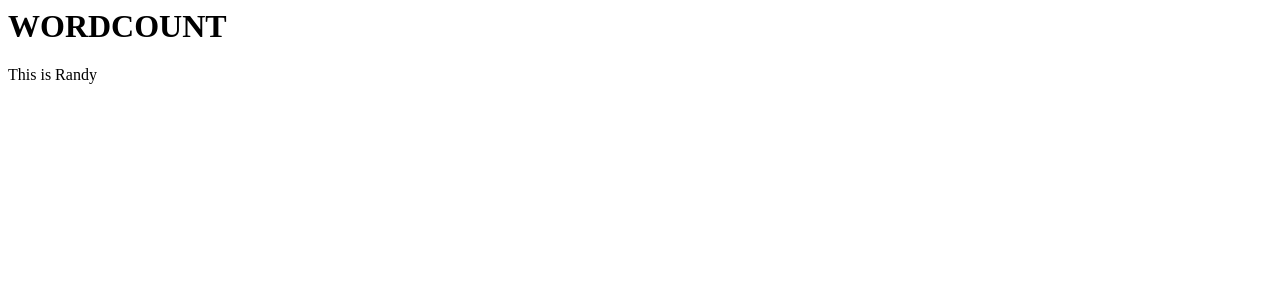
Repository: randysteele/wordcount
Page: http://localhost/
The author's editor kept a copy of each file at every save. The page is drawn from the files as they stood at one save, then again after the next save.
The browser window is 1280 px wide. The pictures show the whole page.
The page is served by the project's application, run on Django 2.2 (manage.py).

Above is the page before, as saved 2021-03-12 14:37:06.

After the next save:
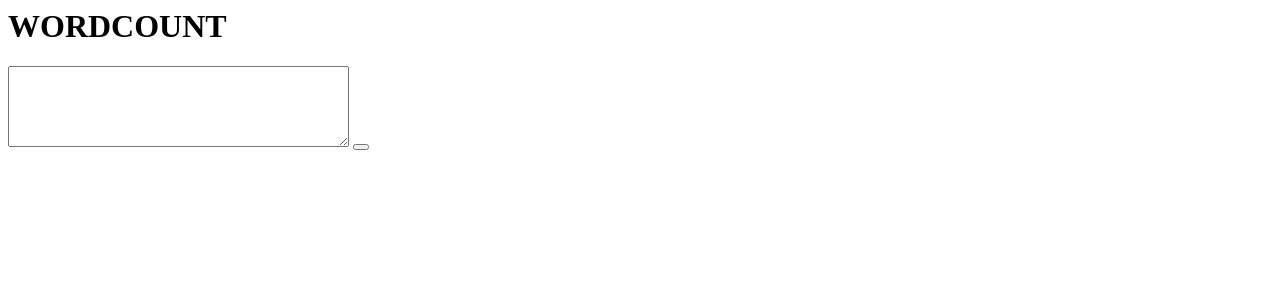
Saved 24 min 57 s later.
--- a/wordcount/views.py
+++ b/wordcount/views.py
@@ -2,4 +2,4 @@ from django.http import HttpResponse
 from django.shortcuts import render
 
 def homepage(request):
-    return render(request, 'home.html', {'hithere': "This is Randy"})
+    return render(request, 'home.html')
--- a/templates/home.html
+++ b/templates/home.html
@@ -1,3 +1,6 @@
 <h1>WORDCOUNT</h1>
 
-{{hithere }}
+<form action="">
+    <textarea cols="40" rows="5" name="fulltext"></textarea>
+    <button></button>
+</form>
